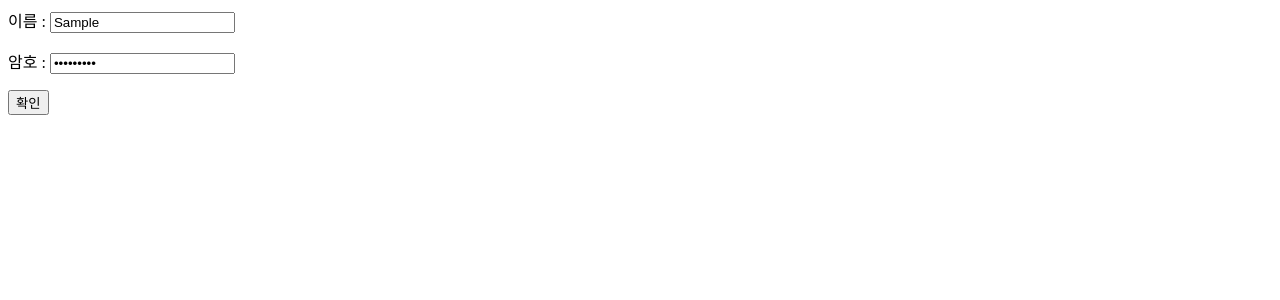
Repository: SongHyeSun/JSP
Page: jspSrc17/och15_ajax/src/main/webapp/ch03/ajaxSetup.html
An editor plug-in stored every save of this project. The page is shown before and after the next save, followed by the edit.
The browser window is 1280 px wide. The pictures show the whole page.
Empty fields were first filled with sample values (such as "Sample", 5 or name@example.com).
After loading, the first visible `#sub` was clicked once.

Above is the page before, as saved 2024-07-22 05:26:50.

### jspSrc17/och15_ajax/src/main/webapp/ch03/ajaxSetup.html
<!DOCTYPE html>
<html>
<head>
<meta charset="UTF-8">
<title>Insert title here</title>
<script type="text/javascript" src="../js/jquery.js"></script>
<script type="text/javascript">
	$(function() {
		$('#sub').click(function() {
			//					val은 value이다.
			var name = $('#name').val();
		})
	})
</script>
</head>
<body>
	<form action="">
		이름 : <input type="text" name="name" id="name"><p>
		암호 : <input type="password" name="pass" id="pass"><p>
		<input type="button" id="sub" value="확인">
	</form>
	<div id="msg"></div>
</body>
</html>

Loaded but not shown: jspSrc17/och15_ajax/src/main/webapp/js/jquery.js (library)

After the next save:
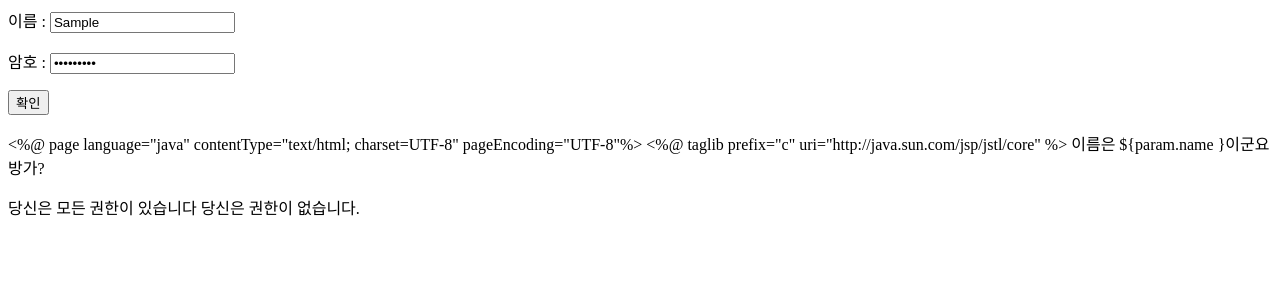
Saved 2 min 52 s later.
--- a/jspSrc17/och15_ajax/src/main/webapp/ch03/ajaxSetup.html
+++ b/jspSrc17/och15_ajax/src/main/webapp/ch03/ajaxSetup.html
@@ -9,6 +9,24 @@
 		$('#sub').click(function() {
 			//					val은 value이다.
 			var name = $('#name').val();
+			var pass = $('#pass').val();
+			var sendData = 'name=' + name + '&pass=' + pass;
+
+			alert('sendData->'+sendData);
+
+			$.ajaxSetup({
+				type : 'GET',
+				url : 'checkin.jsp',
+				dataType : 'text',
+				success : function(data1) {
+							$('#msg').html(data1);
+				}
+			});
+
+			$.ajax({
+				data : sendData
+			})
+
 		})
 	})
 </script>
